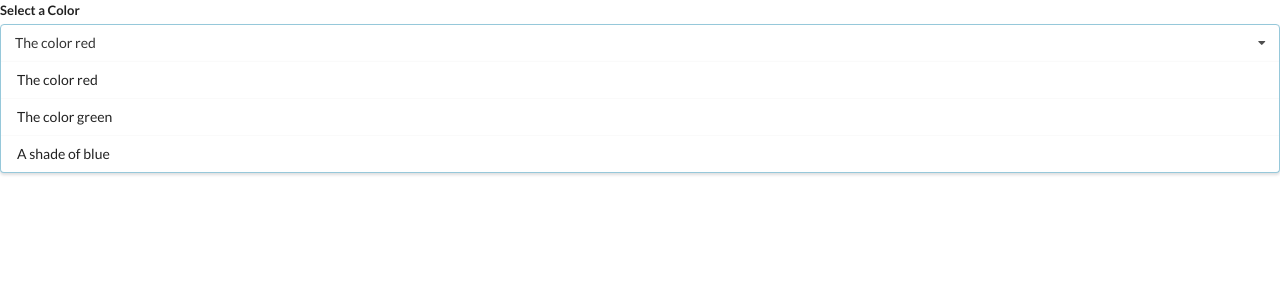
Repository: DaveBaulch/react-course-widgets
Page: /
The author's editor kept a copy of each file at every save. The page is drawn from the files as they stood at one save, then again after a run of saves.
The browser window is 1280 px wide. The pictures show the whole page.
The project was rebuilt for these pictures with package versions that can differ from the ones it lists, and the page was loaded fresh each time.

Above is the page before, as saved 2020-12-06 14:05:53.

### src/App.js
import React, { useState } from 'react';
// import Accordion from './components/Accordion';
// import Search from './components/Search';
import Dropdown from './components/Dropdown';

// const items = [
//   {
//     title: 'What is React?',
//     content: 'React is a front end javascript framework'
//   },
//   {
//     title: 'Why use React?',
//     content: 'React is favorite JS library among engineers'
//   },
//   {
//     title: 'How do you use React?',
//     content: 'You use React by creating components'
//   }
// ];

const options = [
  {
    label: 'The color red',
    value: 'red'
  },
  {
    label: 'The color green',
    value: 'green'
  },
  {
    label: 'A shade of blue',
    value: 'blue'
  }
];

export default () => {
  const [selected, setSelected] = useState(options[0]);

  return (
    <div>
      {/*{<Accordion items={items} />
      <Search />*/}
      <Dropdown
        selected={selected}
        onSelectedChange={setSelected}
        options={options}
      />
    </div>
  );
};

### src/components/Dropdown.js
import React from 'react';

const Dropdown = ({ options, selected, onSelectedChange }) => {
  const renderedOptions = options.map((option) => {
    if (option.value === selected.value) {

    }
    return (
      <div
        key={option.value}
        className="item"
        onClick={() => onSelectedChange(option)}
      >
        {option.label}
      </div>
    );
  });

  return (
    <div className="ui form">
      <div className="field">
        <label className="label">Select a Color</label>
        <div className="ui selection dropdown visible active">
          <i className="dropdown icon"></i>
          <div className="text">{selected.label}</div>
          <div className="menu visible transition">{renderedOptions}</div>
        </div>
      </div>
    </div>
  );
};

export default Dropdown;

Loaded but not shown: public/index.html (common file); src/index.js (common file)

After the next 2 saves:
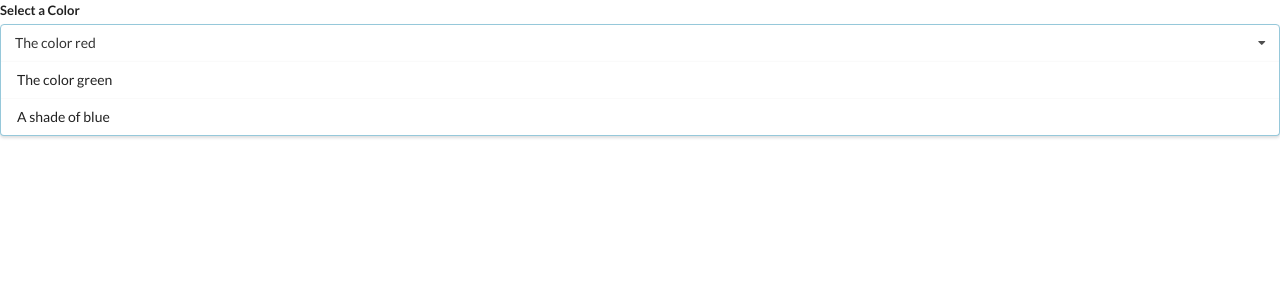
The 2 saves are shown as one change because they came seconds apart.
The last was saved 6 s later.
--- a/src/components/Dropdown.js
+++ b/src/components/Dropdown.js
@@ -3,8 +3,9 @@ import React from 'react';
 const Dropdown = ({ options, selected, onSelectedChange }) => {
   const renderedOptions = options.map((option) => {
     if (option.value === selected.value) {
+      return null;
+    }
 
-    }
     return (
       <div
         key={option.value}
